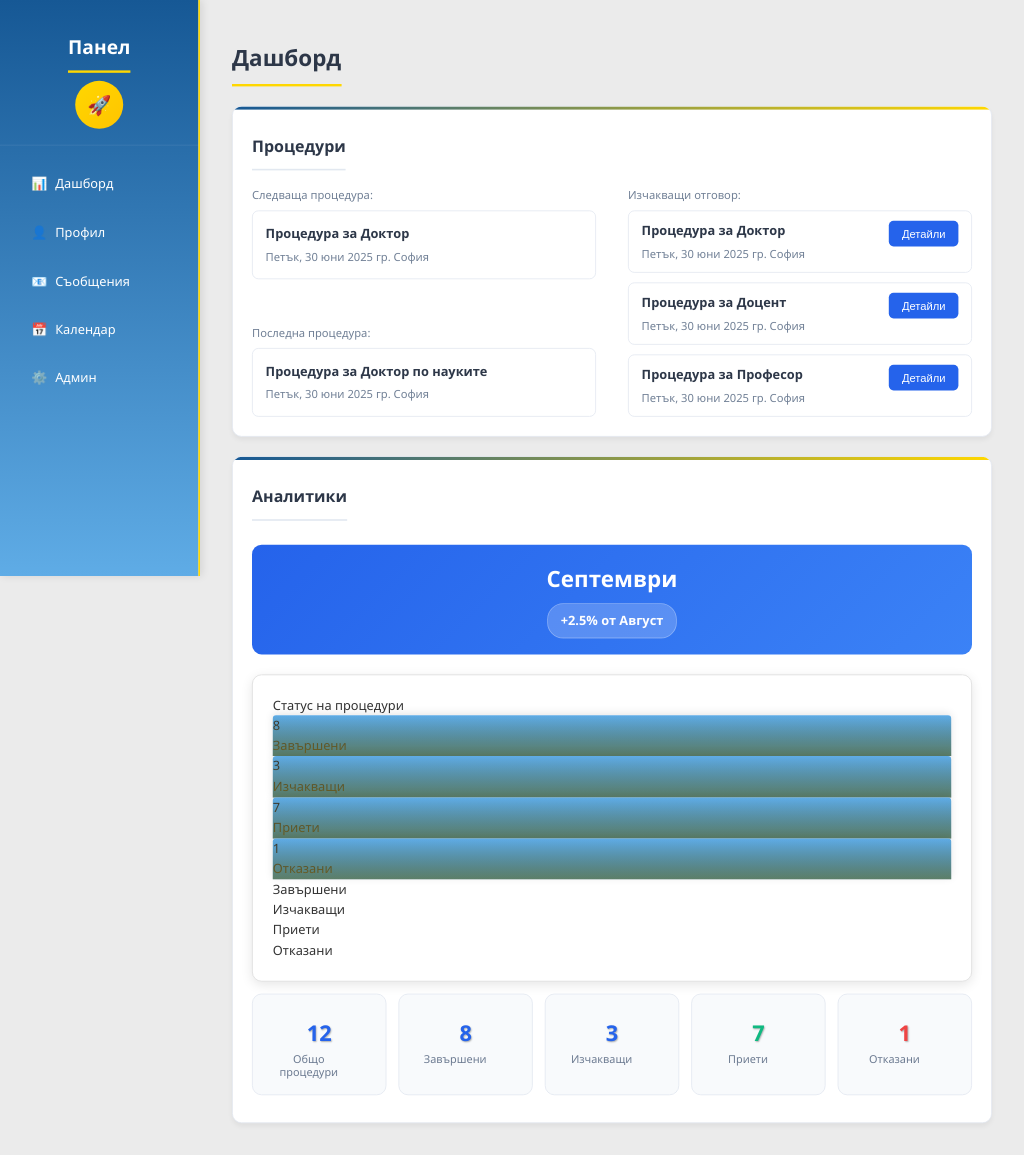
Repository: BorisSavianov/doxa-frontend
Page: /
The author's editor kept a copy of each file at every save. The page is drawn from the files as they stood at one save, then again after the next save.
The browser window is 1280 px wide. The pictures show the whole page, at 80% of full size.
The project was rebuilt for these pictures with package versions that can differ from the ones it lists, and the page was loaded fresh each time. Also part of the build but not shown: vite.config.js, src/components/Layout/Header.jsx, src/pages/Profile.jsx, src/pages/Inbox.css, src/pages/Inbox.jsx, src/pages/Calendar.css, src/pages/Calendar.jsx, src/pages/Admin.jsx.

Above is the page before, as saved 2025-10-24 14:18:14.

### index.html
<!doctype html>
<html lang="en">
  <head>
    <meta charset="UTF-8" />
    <link rel="icon" type="image/svg+xml" href="/vite.svg" />
    <meta name="viewport" content="width=device-width, initial-scale=1.0" />
    <title>vtu</title>
  </head>
  <body>
    <div id="root"></div>
    <script type="module" src="/src/main.jsx"></script>
  </body>
</html>

### src/main.jsx
import React from 'react'
import ReactDOM from 'react-dom/client'
import { createBrowserRouter, RouterProvider } from 'react-router-dom'
import { ThemeProvider } from './contexts/ThemeContext'
import { LanguageProvider } from './contexts/LanguageContext'
import Layout from './components/Layout/Layout'
import Dashboard from './pages/Dashboard'
import Profile from './pages/Profile'
import Inbox from './pages/Inbox'
import Calendar from './pages/Calendar'
import Admin from './pages/Admin'
import './index.css'

const router = createBrowserRouter([
  {
    path: "/",
    element: <Layout />,
    children: [
      {
        index: true,
        element: <Dashboard />,
      },
      {
        path: "dashboard",
        element: <Dashboard />,
      },
      {
        path: "profile",
        element: <Profile />,
      },
      {
        path: "inbox",
        element: <Inbox />,
      },
      {
        path: "calendar",
        element: <Calendar />,
      },
      {
        path: "admin",
        element: <Admin />,
      },
    ],
  },
], {
  future: {
    v7_startTransition: true,
    v7_relativeSplatPath: true,
  },
});

function App() {
  return (
    <ThemeProvider>
      <LanguageProvider>
        <RouterProvider router={router} />
      </LanguageProvider>
    </ThemeProvider>
  )
}

ReactDOM.createRoot(document.getElementById('root')).render(
  <React.StrictMode>
    <App />
  </React.StrictMode>,
)

### src/contexts/LanguageContext.jsx
import React, { createContext, useContext, useState } from 'react'
import { useLocalStorage } from '../hooks/useLocalStorage'

const LanguageContext = createContext()

export const useLanguage = () => {
  const context = useContext(LanguageContext)
  if (!context) {
    throw new Error('useLanguage must be used within a LanguageProvider')
  }
  return context
}

export const LanguageProvider = ({ children }) => {
  const [isEnglish, setIsEnglish] = useLocalStorage('language', false)

  const toggleLanguage = () => {
    setIsEnglish(prev => !prev)
  }

  const t = (bg, en) => {
    return isEnglish ? en : bg
  }

  const value = {
    isEnglish,
    toggleLanguage,
    t
  }

  return (
    <LanguageContext.Provider value={value}>
      {children}
    </LanguageContext.Provider>
  )
}

// В LanguageContext.jsx, добави следния код в t функцията или създай нова:
const calendarLocales = {
  bg: {
    buttonText: {
      today: 'Днес',
      month: 'Месец',
      week: 'Седмица',
      day: 'Ден',
      list: 'Списък'
    },
    allDayText: 'Цял ден',
    noEventsText: 'Няма събития'
  },
  en: {
    buttonText: {
      today: 'Today',
      month: 'Month',
      week: 'Week',
      day: 'Day',
      list: 'List'
    },
    allDayText: 'All day',
    noEventsText: 'No events'
  }
}

// Актуализирай t функцията или добави нова:
const getCalendarLocale = () => {
  return isEnglish ? calendarLocales.en : calendarLocales.bg
}

### src/components/Layout/Layout.jsx
import React from 'react'
import { Outlet } from 'react-router-dom'
import { useTheme } from '../../contexts/ThemeContext'
import Header from './Header'
import Sidebar from './Sidebar'
import '../../styles/globals.css'

const Layout = () => {
  const { isDark } = useTheme()

  return (
    <div className={`app ${isDark ? 'dark' : 'light'}`}>
      <Sidebar />
      <div className="main-content">

        <Outlet />
      </div>
    </div>
  )
}

export default Layout

### src/pages/Dashboard.jsx
import React from 'react';
import '../styles/dashboard.css';

const Dashboard = () => {
  return (
    <div className="dashboard">
      <h2>Дашборд</h2>

      {/* Процедури секция - цяла ширина */}
      <div className="card procedures-card full-width">
        <h2>Процедури</h2>

        <div className="procedures-grid">
          {/* Лява колона - Следваща и Последна процедура */}
          <div className="procedures-column">
            <div className="procedure-section">
              <h3>Следваща процедура:</h3>
              <div className="procedure-item">
                <div className="procedure-content">
                  <div className="procedure-info">
                    <div className="procedure-title">Процедура за Доктор</div>
                    <div className="procedure-date">Петък, 30 юни 2025 гр. София</div>
                  </div>
                </div>
              </div>
            </div>

            <div className="procedure-section">
              <h3>Последна процедура:</h3>
              <div className="procedure-item">
                <div className="procedure-content">
                  <div className="procedure-info">
                    <div className="procedure-title">Процедура за Доктор по науките</div>
                    <div className="procedure-date">Петък, 30 юни 2025 гр. София</div>
                  </div>
                </div>
              </div>
            </div>
          </div>

          {/* Дясна колона - Изчакващи процедури */}
          <div className="procedures-column">
            <div className="procedure-section">
              <h3>Изчакващи отговор:</h3>
              <div className="procedure-list">
                <div className="procedure-item waiting">
                  <div className="procedure-content">
                    <div className="procedure-info">
                      <div className="procedure-title">Процедура за Доктор</div>
                      <div className="procedure-date">Петък, 30 юни 2025 гр. София</div>
                    </div>
                    <button className="details-btn">Детайли</button>
                  </div>
                </div>
                <div className="procedure-item waiting">
                  <div className="procedure-content">
                    <div className="procedure-info">
                      <div className="procedure-title">Процедура за Доцент</div>
                      <div className="procedure-date">Петък, 30 юни 2025 гр. София</div>
                    </div>
                    <button className="details-btn">Детайли</button>
                  </div>
                </div>
                <div className="procedure-item waiting">
                  <div className="procedure-content">
                    <div className="procedure-info">
                      <div className="procedure-title">Процедура за Професор</div>
                      <div className="procedure-date">Петък, 30 юни 2025 гр. София</div>
                    </div>
                    <button className="details-btn">Детайли</button>
                  </div>
                </div>
              </div>
            </div>
          </div>
        </div>
      </div>

      {/* Долни секции */}
      <div className="bottom-sections">
        {/* Аналитики секция - разтегната на цялата дължина */}
        <div className="card analytics-card full-width">
          <h2>Аналитики</h2>
          <div className="analytics-content">
            {/* Нова диаграма до аналитиките */}
            <div className="analytics-with-chart">
              <div className="analytics-main">
                <div className="month">Септември</div>
                <div className="trend positive">+2.5% от Август</div>
              </div>

              {/* Анимирана диаграма */}
              <div className="chart-container">
                <div className="animated-chart">
                  <div className="chart-title">Статус на процедури</div>
                  <div className="chart-bars">
                    <div className="chart-bar-container">
                      <div
                        className="chart-bar completed-bar"
                        data-value="8"
                        style={{ '--height': '70%' }}
                      >
                        <span className="bar-value">8</span>
                        <div className="bar-label">Завършени</div>
                      </div>
                    </div>
                    <div className="chart-bar-container">
                      <div
                        className="chart-bar pending-bar"
                        data-value="3"
                        style={{ '--height': '30%' }}
                      >
                        <span className="bar-value">3</span>
                        <div className="bar-label">Изчакващи</div>
                      </div>
                    </div>
                    <div className="chart-bar-container">
                      <div
                        className="chart-bar accepted-bar"
                        data-value="7"
                        style={{ '--height': '60%' }}
                      >
                        <span className="bar-value">7</span>
                        <div className="bar-label">Приети</div>
                      </div>
                    </div>
                    <div className="chart-bar-container">
                      <div
                        className="chart-bar rejected-bar"
                        data-value="1"
                        style={{ '--height': '10%' }}
                      >
                        <span className="bar-value">1</span>
                        <div className="bar-label">Отказани</div>
                      </div>
                    </div>
                  </div>
                  <div className="chart-legend">
                    <div className="legend-item">
                      <div className="legend-color completed"></div>
                      <span>Завършени</span>
                    </div>
                    <div className="legend-item">
                      <div className="legend-color pending"></div>
                      <span>Изчакващи</span>
                    </div>
                    <div className="legend-item">
                      <div className="legend-color accepted"></div>
                      <span>Приети</span>
                    </div>
                    <div className="legend-item">
                      <div className="legend-color rejected"></div>
                      <span>Отказани</span>
                    </div>
                  </div>
                </div>
              </div>
            </div>

            <div className="analytics-stats">
              <div className="stat-item">
                <div className="stat-value">12</div>
                <div className="stat-label">Общо процедури</div>
              </div>
              <div className="stat-item">
                <div className="stat-value">8</div>
                <div className="stat-label">Завършени</div>
              </div>
              <div className="stat-item">
                <div className="stat-value">3</div>
                <div className="stat-label">Изчакващи</div>
              </div>
              <div className="stat-item">
                <div className="stat-value accepted">7</div>
                <div className="stat-label">Приети</div>
              </div>
              <div className="stat-item">
                <div className="stat-value rejected">1</div>
                <div className="stat-label">Отказани</div>
              </div>
            </div>
          </div>
        </div>
      </div>
    </div>
  );
};

export default Dashboard;

### src/index.css
:root {
  font-family: Inter, system-ui, Avenir, Helvetica, Arial, sans-serif;
  line-height: 1.5;
  font-weight: 400;
}

body {
  margin: 0;
  display: flex;
  place-items: center;
  min-width: 320px;
  min-height: 100vh;
}

#root {
  width: 100%;
  margin: 0 auto;
}

### src/components/Layout/Sidebar.jsx
import React from 'react'
import { NavLink } from 'react-router-dom'
import { useLanguage } from '../../contexts/LanguageContext'

const Sidebar = () => {
  const { t } = useLanguage()

  const menuItems = [
    { path: '/dashboard', label: t('Дашборд', 'Dashboard'), icon: '📊' },
    { path: '/profile', label: t('Профил', 'Profile'), icon: '👤' },
    { path: '/inbox', label: t('Съобщения', 'Inbox'), icon: '📧' },
    { path: '/calendar', label: t('Календар', 'Calendar'), icon: '📅' },
    { path: '/admin', label: t('Админ', 'Admin'), icon: '⚙️' }
  ]

  return (
    <aside className="sidebar">
      <div style={{ padding: '20px', textAlign: 'center', borderBottom: '1px solid rgba(255,255,255,0.1)' }}>
        <h2 style={{ color: 'white', fontSize: '1.5rem', marginBottom: '10px' }}>
          {t('Панел', 'Panel')}
        </h2>
        <div style={{
          width: '60px',
          height: '60px',
          background: 'linear-gradient(135deg, var(--accent), #FFC400)',
          borderRadius: '50%',
          margin: '0 auto',
          display: 'flex',
          alignItems: 'center',
          justifyContent: 'center',
          fontSize: '1.5rem'
        }}>
          🚀
        </div>
      </div>

      <nav style={{ marginTop: '20px' }}>
        <ul>
          {menuItems.map((item) => (
            <li key={item.path}>
              <NavLink
                to={item.path}
                className={({ isActive }) => isActive ? 'active' : ''}
              >
                <span style={{ marginRight: '10px' }}>{item.icon}</span>
                {item.label}
              </NavLink>
            </li>
          ))}
        </ul>
      </nav>
    </aside>
  )
}

export default Sidebar

### src/styles/dashboard.css
.dashboard {
    padding: 20px;
    min-height: 100vh;
    position: relative;
}

.dashboard-header {
    position: absolute;
    top: 0;
    left: 0;
    right: 0;
    height: 4px;
    background: #2563eb;
    background: linear-gradient(90deg, #2563eb 0%, #3b82f6 50%, #2563eb 100%);
}

.dashboard h2 {
    color: #2d3748;
    margin-bottom: 24px;
    font-size: 28px;
    font-weight: 600;
    margin-top: 10px;
}

.card {
    background: white;
    border-radius: 12px;
    padding: 24px;
    box-shadow: 0 4px 6px rgba(0, 0, 0, 0.05);
    border: 1px solid #e2e8f0;
    position: relative;
    overflow: hidden;
}

.card h2 {
    color: #2d3748;
    margin-bottom: 20px;
    font-size: 20px;
    font-weight: 600;
    border-bottom: 2px solid #e2e8f0;
    padding-bottom: 12px;
}

/* Процедури стилове - цяла ширина */
.procedures-card.full-width {
    grid-column: 1 / -1;
    margin-bottom: 24px;
}

.procedures-grid {
    display: grid;
    grid-template-columns: 1fr 1fr;
    gap: 40px;
}

.procedures-column {
    display: flex;
    flex-direction: column;
    justify-content: space-evenly;
    gap: 24px;
}

.procedure-section:nth-child(even) {
    flex: 1;
    display: flex;
    flex-direction: column;
    justify-content: flex-end;
}

.procedure-section h3 {
    font-size: 14px;
    color: #718096;
    margin-bottom: 8px;
    font-weight: 500;
}

.procedure-item {
    padding: 16px;
    border-radius: 8px;
    border: 1px solid #e2e8f0;
    transition: all 0.2s ease;
    background: white;
}

.procedure-item.waiting {
    padding: 12px 16px;
}

.procedure-content {
    display: flex;
    justify-content: space-between;
    align-items: flex-start;
    gap: 12px;
}

.procedure-info {
    flex: 1;
}

.procedure-title {
    font-weight: 600;
    color: #2d3748;
    margin-bottom: 4px;
}

.procedure-date {
    font-size: 14px;
    color: #718096;
}

.procedure-item:hover {
    background-color: #f7fafc;
    box-shadow: 0 2px 4px rgba(0, 0, 0, 0.1);
}

.procedure-list {
    display: flex;
    flex-direction: column;
    gap: 12px;
}

/* Бутон за детайли */
.details-btn {
    background: #2563eb;
    color: white;
    border: none;
    padding: 8px 16px;
    border-radius: 6px;
    font-size: 14px;
    font-weight: 500;
    cursor: pointer;
    transition: all 0.2s ease;
    white-space: nowrap;
    min-width: 80px;
}

.details-btn:hover {
    background: #1d4ed8;
    box-shadow: 0 2px 4px rgba(37, 99, 235, 0.3);
}

.details-btn:active {
    transform: translateY(0);
}

/* Долни секции */
.bottom-sections {
    display: grid;
    grid-template-columns: 1fr;
    gap: 24px;
}

/* Аналитики стилове - подобрени */
.analytics-card.full-width {
    grid-column: 1 / -1;
}

.analytics-content {
    padding: 10px 0;
}

.analytics-main {
    text-align: center;
    margin-bottom: 20px;
    padding: 20px;
    background: linear-gradient(135deg, #2563eb 0%, #3b82f6 100%);
    border-radius: 12px;
    color: white;
}

.month {
    font-size: 28px;
    font-weight: 700;
    margin-bottom: 8px;
}

.trend {
    font-size: 16px;
    font-weight: 600;
    padding: 8px 16px;
    border-radius: 20px;
    display: inline-block;
}

.trend.positive {
    background: rgba(255, 255, 255, 0.2);
    border: 1px solid rgba(255, 255, 255, 0.3);
}

.analytics-stats {
    display: grid;
    grid-template-columns: repeat(5, 1fr);
    gap: 15px;
    margin-top: 15px;
}

.stat-item {
    text-align: center;
    padding: 20px 15px;
    background: #f8fafc;
    border-radius: 12px;
    border: 1px solid #e2e8f0;
    transition: all 0.3s ease;
}

.stat-item:hover {
    /* transform: translateY(-2px); */
    box-shadow: 0 4px 12px rgba(0, 0, 0, 0.1);
}

.stat-value {
    font-size: 32px;
    font-weight: 700;
    color: #2563eb;
    margin-bottom: 8px;
}

.stat-value.accepted {
    color: #10b981;
}

.stat-value.rejected {
    color: #ef4444;
}

.stat-label {
    font-size: 14px;
    color: #64748b;
    font-weight: 500;
}

/* Календар стилове */
.calendar-placeholder {
    height: 200px;
    display: flex;
    align-items: center;
    justify-content: center;
    background: #f7fafc;
    border-radius: 8px;
    border: 2px dashed #e2e8f0;
}

.calendar-placeholder p {
    color: #a0aec0;
    font-size: 16px;
}

/* Responsive дизайн */
@media (max-width: 1024px) {
    .procedures-grid {
        gap: 30px;
    }

    .analytics-stats {
        grid-template-columns: repeat(3, 1fr);
    }
}

@media (max-width: 768px) {
    .dashboard {
        padding: 16px;
    }

    .card {
        padding: 20px;
    }

    .procedures-grid {
        grid-template-columns: 1fr;
        gap: 20px;
    }

    .bottom-sections {
        grid-template-columns: 1fr;
    }

    .procedures-card.full-width {
        margin-bottom: 20px;
    }

    .procedure-content {
        flex-direction: column;
        gap: 8px;
    }

    .details-btn {
        align-self: flex-end;
        min-width: 70px;
        padding: 6px 12px;
        font-size: 13px;
    }

    .analytics-stats {
        grid-template-columns: repeat(2, 1fr);
    }

    .stat-value {
        font-size: 28px;
    }
}

@media (max-width: 480px) {
    .month {
        font-size: 20px;
    }

    .dashboard h2 {
        font-size: 24px;
    }

    .analytics-stats {
        grid-template-columns: 1fr;
    }

    .stat-value {
        font-size: 24px;
    }

    .stat-item {
        padding: 15px 10px;
    }
}

Loaded but not shown: src/contexts/ThemeContext.js (31 lines, source omitted); src/hooks/useLocalStorage.js (24 lines, source omitted); src/pages/Profile.css (619 lines, source omitted); src/styles/globals.css (337 lines, source omitted)

After the next save:
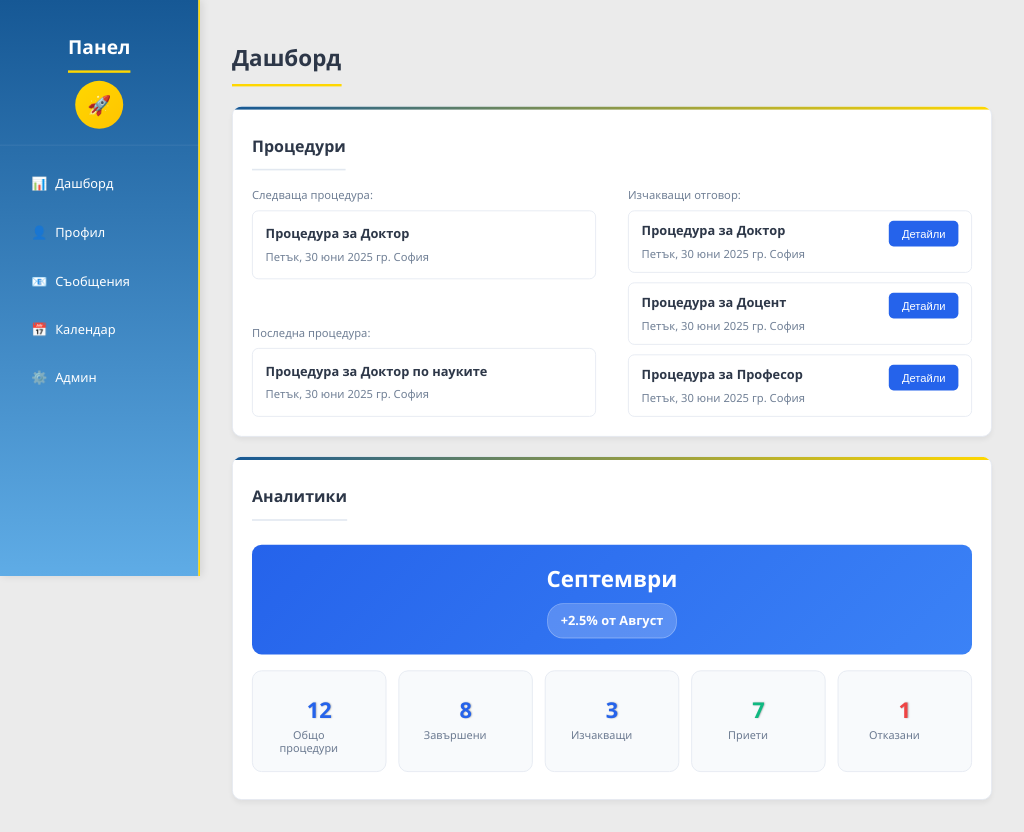
Saved 3 s later.
--- a/src/pages/Dashboard.jsx
+++ b/src/pages/Dashboard.jsx
@@ -82,81 +82,10 @@ const Dashboard = () => {
         <div className="card analytics-card full-width">
           <h2>Аналитики</h2>
           <div className="analytics-content">
-            {/* Нова диаграма до аналитиките */}
-            <div className="analytics-with-chart">
-              <div className="analytics-main">
-                <div className="month">Септември</div>
-                <div className="trend positive">+2.5% от Август</div>
-              </div>
-
-              {/* Анимирана диаграма */}
-              <div className="chart-container">
-                <div className="animated-chart">
-                  <div className="chart-title">Статус на процедури</div>
-                  <div className="chart-bars">
-                    <div className="chart-bar-container">
-                      <div
-                        className="chart-bar completed-bar"
-                        data-value="8"
-                        style={{ '--height': '70%' }}
-                      >
-                        <span className="bar-value">8</span>
-                        <div className="bar-label">Завършени</div>
-                      </div>
-                    </div>
-                    <div className="chart-bar-container">
-                      <div
-                        className="chart-bar pending-bar"
-                        data-value="3"
-                        style={{ '--height': '30%' }}
-                      >
-                        <span className="bar-value">3</span>
-                        <div className="bar-label">Изчакващи</div>
-                      </div>
-                    </div>
-                    <div className="chart-bar-container">
-                      <div
-                        className="chart-bar accepted-bar"
-                        data-value="7"
-                        style={{ '--height': '60%' }}
-                      >
-                        <span className="bar-value">7</span>
-                        <div className="bar-label">Приети</div>
-                      </div>
-                    </div>
-                    <div className="chart-bar-container">
-                      <div
-                        className="chart-bar rejected-bar"
-                        data-value="1"
-                        style={{ '--height': '10%' }}
-                      >
-                        <span className="bar-value">1</span>
-                        <div className="bar-label">Отказани</div>
-                      </div>
-                    </div>
-                  </div>
-                  <div className="chart-legend">
-                    <div className="legend-item">
-                      <div className="legend-color completed"></div>
-                      <span>Завършени</span>
-                    </div>
-                    <div className="legend-item">
-                      <div className="legend-color pending"></div>
-                      <span>Изчакващи</span>
-                    </div>
-                    <div className="legend-item">
-                      <div className="legend-color accepted"></div>
-                      <span>Приети</span>
-                    </div>
-                    <div className="legend-item">
-                      <div className="legend-color rejected"></div>
-                      <span>Отказани</span>
-                    </div>
-                  </div>
-                </div>
-              </div>
+            <div className="analytics-main">
+              <div className="month">Септември</div>
+              <div className="trend positive">+2.5% от Август</div>
             </div>
-
             <div className="analytics-stats">
               <div className="stat-item">
                 <div className="stat-value">12</div>
